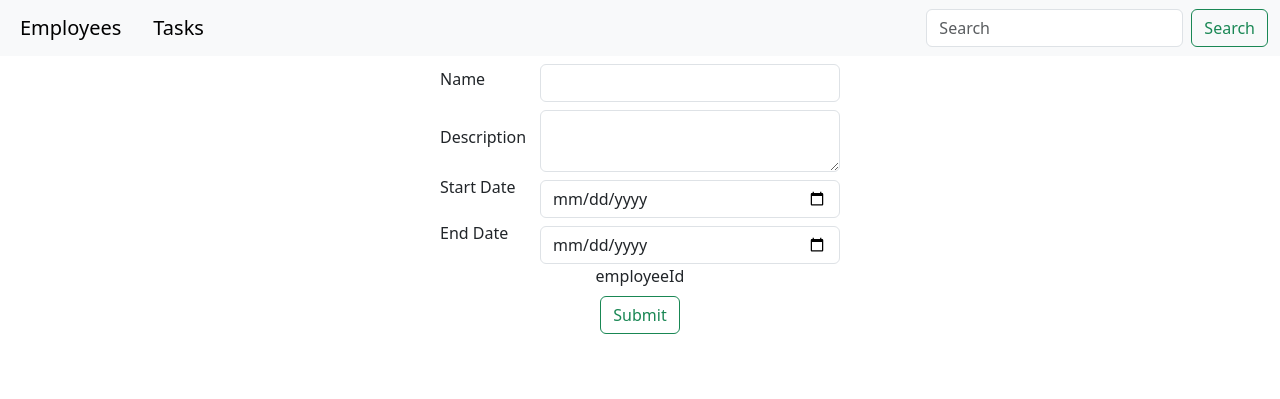
Repository: RaffiBarseghyan/employees
Page: /tasks
These files come from the project's save history. The page is drawn as it stood at one moment and after a run of saves; the edit follows.
The browser window is 1280 px wide. The pictures show the whole page.
The project was rebuilt for these pictures with package versions that can differ from the ones it lists, and the page was loaded fresh each time. Some packages were replaced by stand-ins written for this rebuild. Also part of the build but not shown: src/App.css, src/Pages/Employees/employees.module.scss, src/Pages/UpDel/upDel.module.scss, src/Pages/UpDel/delete.jsx, src/Pages/Employees/employees.jsx, src/Pages/UpDel/update.jsx.

Above is the page before, as saved 2023-06-15 21:43:33.

After the next 2 saves:
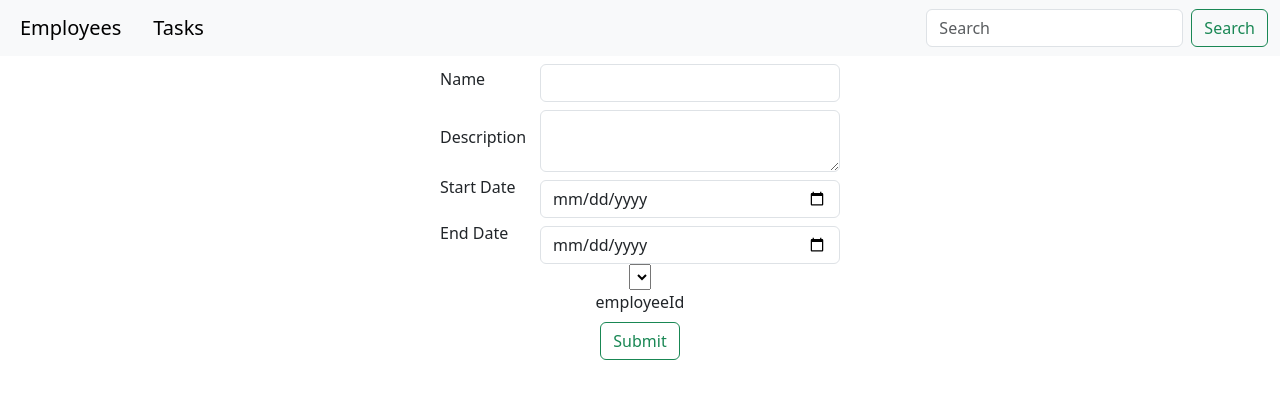
The 2 saves are shown as one change because they came seconds apart.
The last was saved 9 s later.
--- a/src/Pages/Tasks/tasks.jsx
+++ b/src/Pages/Tasks/tasks.jsx
@@ -49,6 +49,9 @@ function Tasks() {
             placeholder="endDate"
           />
         </label>
+        <select name="" id="">
+
+        </select>
         employeeId
         <input
           className="btn btn-outline-success mt-2"
